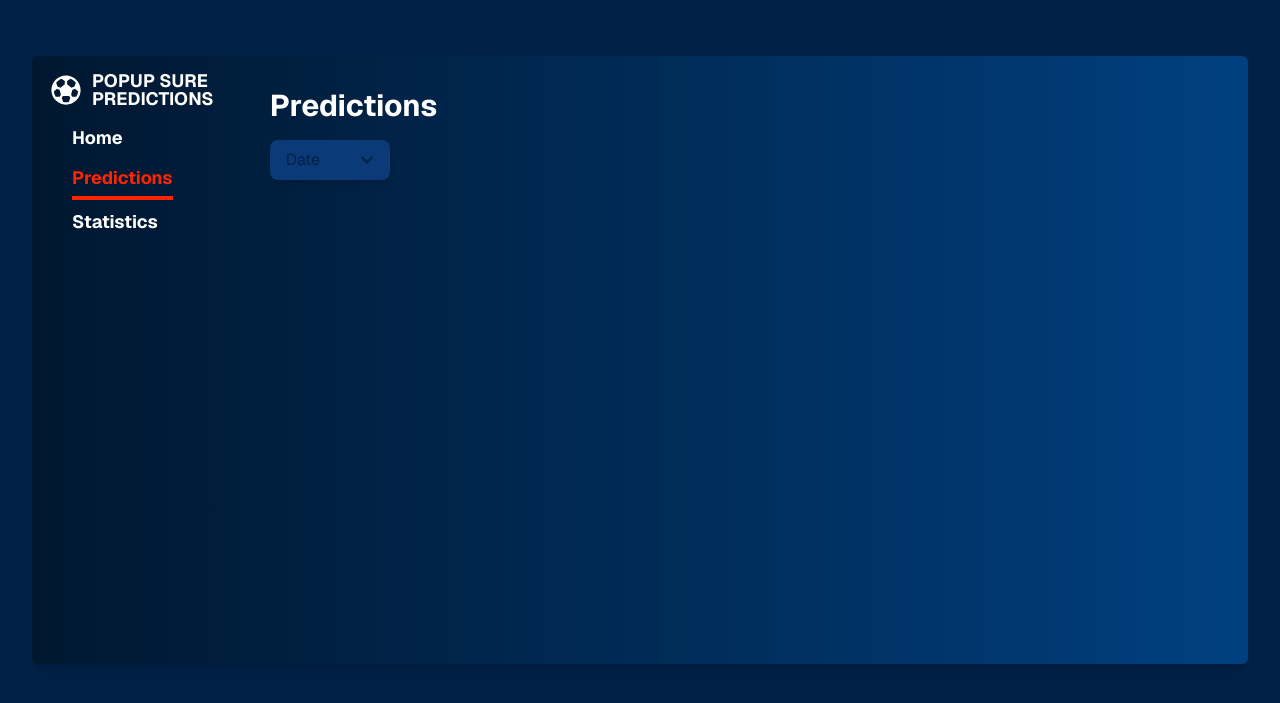
Repository: prototypedave/AlgoFooty
Page: /predictions (app in frontend/algo-footy/)
These files come from the project's save history. The page is drawn as it stood at one moment and after the next save; the edit follows.
The browser window is 1280 px wide. The pictures show the whole page.
The project was rebuilt for these pictures with package versions that can differ from the ones it lists, and the page was loaded fresh each time. The framework's server and built-in components were replaced by stand-ins that run in the browser. Also part of the build but not shown: frontend/algo-footy/next.config.ts.

Above is the page before, as saved 2025-11-03 07:08:55.

### frontend/algo-footy/app/predictions/page.tsx
"use client";

import Link from "next/link";
import { IoMdFootball } from "react-icons/io";
import { usePathname } from "next/navigation";
import DropdownButton from "@/components/dropdown";

export default function Predictions() {
    const pathname = usePathname();
    return (
        <div className="relative flex flex-col min-h-screen items-center justify-center bg-oxford-blue font-sans">
            <nav className="absolute inset-x-0 top-0 bottom-0 bg-gradient-to-r from-[#001730] to-[#004080] text-white max-h-full rounded-md mx-8 my-14 shadow-lg flex gap-10 p-4">
                <div className="flex flex-col">
                    <div className="flex gap-2">
                        <IoMdFootball className="text-4xl"/>
                        <p className="text-lg font-bold leading-none">
                            <span className="block">POPUP SURE </span>
                            <span className="block">PREDICTIONS</span>
                        </p>
                    </div>
                    <div className="flex flex-col items-start gap-2 pt-4 pl-6 font-bold text-lg text-white">
                        <Link
                            href="/home"
                            className={`pb-1 ${
                            pathname === "/home"
                                ? "border-b-4 border-black font-bold"
                                : "border-b-0"
                            }`}
                        >
                            Home
                        </Link>
                        <Link href="/predictions"
                            className={`inline-block pb-1 ${
                                pathname === "/predictions"? "border-b-4 border-orange-red font-bold text-orange-red" : "border-b-0 border-orange-red"
                            }`}>Predictions</Link>
                        <Link href={"/statistics"}>Statistics</Link>
                    </div>
                </div>
                <div className="flex flex-col p-4 gap-4">
                    <h1 className="text-3xl font-bold">Predictions</h1>
                    <div>
                            <DropdownButton />

                    </div>
                </div>
            </nav>
        </div>
    );
}

### frontend/algo-footy/app/globals.css
@import "tailwindcss";

:root {
  --background: #ffffff;
  --foreground: #171717;
}

@theme inline {
  --color-background: var(--background);
  --color-foreground: var(--foreground);
  --font-sans: var(--font-geist-sans);
  --font-mono: var(--font-geist-mono);
}

@theme {
  --color-oxford-blue: #002147;
  --color-orange-red: #FF2400;
}

@media (prefers-color-scheme: dark) {
  :root {
    --background: #0a0a0a;
    --foreground: #ededed;
  }
}

body {
  background: var(--background);
  color: var(--foreground);
  font-family: Arial, Helvetica, sans-serif;
}

### frontend/algo-footy/components/dropdown.tsx
"use client";
import { useState } from "react";
import { FaChevronDown, FaChevronUp } from "react-icons/fa";

export default function DropdownButton() {
  const [open, setOpen] = useState(false);

  return (
    <div className="relative inline-block text-left">
      {/* Button */}
      <button
        onClick={() => setOpen(!open)}
        className="flex items-center justify-between gap-10 bg-[#0A3A78] text-oxford-blue px-4 py-2 rounded-lg shadow-md hover:bg-gray-100 transition"
      >
        Date
        {open ? (
          <FaChevronUp className="text-sm" />
        ) : (
          <FaChevronDown className="text-sm" />
        )}
      </button>

      {/* Dropdown Menu */}
      {open && (
        <div className="absolute right-0 mt-2 w-48 bg-white border border-gray-200 rounded-lg shadow-lg z-10">
          <ul className="py-1">
            <li>
              <a
                href="#profile"
                className="block px-4 py-2 text-gray-700 hover:bg-gray-100"
              >
                Profile
              </a>
            </li>
            <li>
              <a
                href="#settings"
                className="block px-4 py-2 text-gray-700 hover:bg-gray-100"
              >
                Settings
              </a>
            </li>
            <li>
              <a
                href="#logout"
                className="block px-4 py-2 text-gray-700 hover:bg-gray-100"
              >
                Logout
              </a>
            </li>
          </ul>
        </div>
      )}
    </div>
  );
}

Loaded but not shown: frontend/algo-footy/app/layout.tsx (common file)

After the next save:
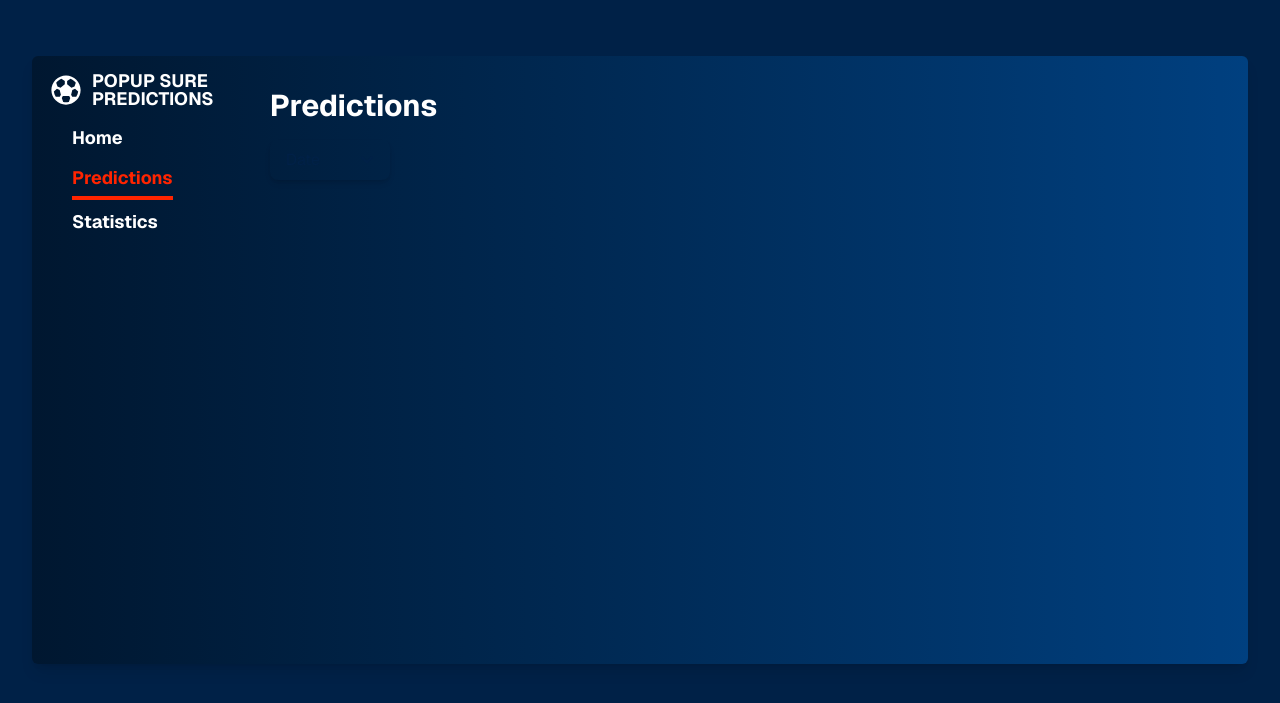
Saved 19 s later.
--- a/frontend/algo-footy/components/dropdown.tsx
+++ b/frontend/algo-footy/components/dropdown.tsx
@@ -10,7 +10,7 @@ export default function DropdownButton() {
       {/* Button */}
       <button
         onClick={() => setOpen(!open)}
-        className="flex items-center justify-between gap-10 bg-[#0A3A78] text-oxford-blue px-4 py-2 rounded-lg shadow-md hover:bg-gray-100 transition"
+        className="flex items-center justify-between gap-10 text-oxford-blue px-4 py-2 rounded-lg shadow-md hover:bg-gray-100 transition"
       >
         Date
         {open ? (
